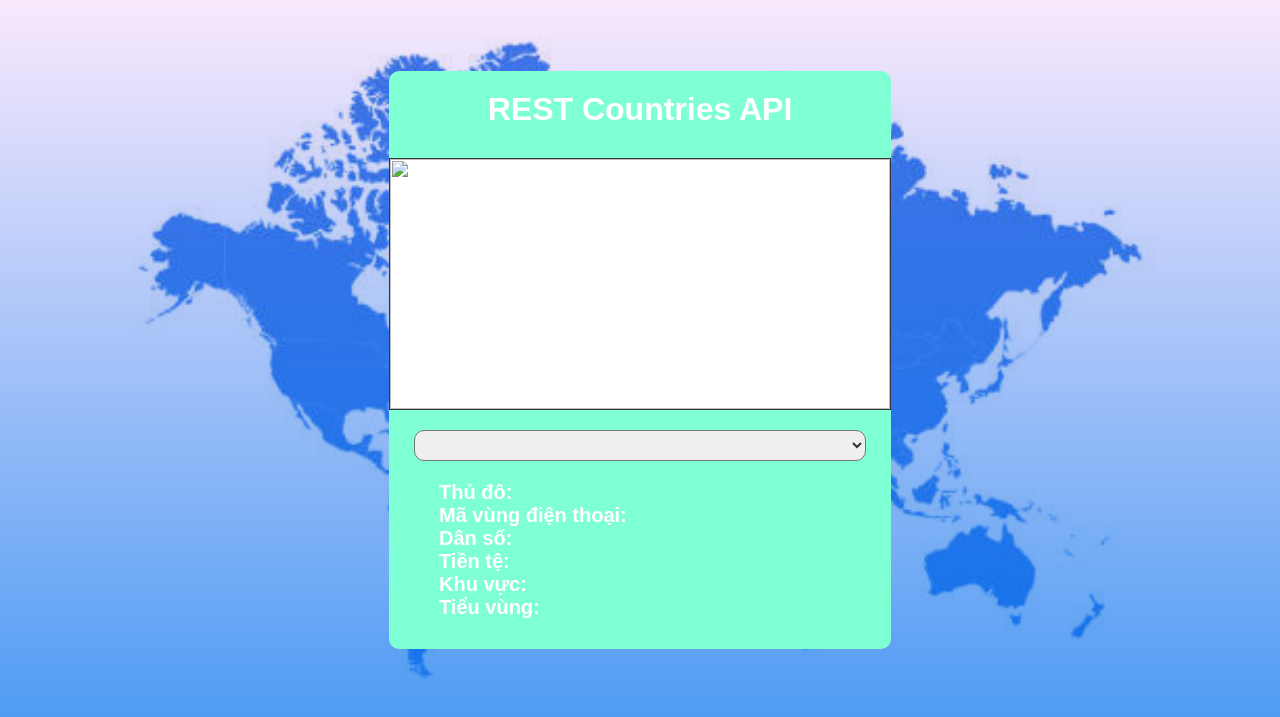
Repository: KhoaTran204/Rest-countries-api-app
Page: index.html
The author's editor kept a copy of each file at every save. The page is drawn from the files as they stood at one save, then again after the next save.
The browser window is 1280 px wide. The pictures show the whole page.
The page's requests for data from a server got no answer.

Above is the page before, as saved 2024-04-14 08:52:39.

### index.html
<!DOCTYPE html>
<html lang="en">
  <head>
    <meta charset="UTF-8" />
    <meta name="viewport" content="width=device-width, initial-scale=1.0" />
    <link rel="stylesheet" href="style.css" />
    <title>Rest Countries API</title>
  </head>
  <body>
    <div class="container">
      <h1>REST Countries API</h1>
      <div id="main-container">
        <div id="flag-container">
          <img src="" alt="" />
        </div>
        <div id="info-container">
          <select id="countries"></select>
          <div class="info">
            <p>Thủ đô: <span id="capital"></span></p>
            <p>Mã vùng điện thoại: <span id="dialing-code"></span></p>
            <p>Dân số: <span id="population"></span></p>
            <p>Tiền tệ: <span id="currencies"></span></p>
            <p>Khu vực: <span id="region"></span></p>
            <p>Tiểu vùng: <span id="subregion"></span></p>
          </div>
        </div>
      </div>
    </div>
    <script src="app.js"></script>
  </body>
</html>

### style.css
* {
  margin: 0;
  padding: 0;
  box-sizing: border-box;
}

body {
  font-family: sans-serif;
  height: 100vh;
  display: flex;
  justify-content: center;
  align-items: center;
  /* background-image: url(anh/bando.jpg);
  background-repeat: no-repeat;
  background-position: center;
  background-size: cover; */
  background: linear-gradient(
      to top,
      rgba(4, 113, 239, 0.7),
      rgba(191, 35, 235, 0.1)
    ),
    url(anh/bando.jpg) no-repeat center/cover;
}

#flag-container {
  height: 252px;
  background-color: #fff;
  border: 1px solid #333;
}

#flag-container img {
  display: block;
  width: 100%;
  height: 100%;
}

.container {
  background-color: aquamarine;
  border-radius: 10px;
}
.container h1 {
  text-align: center;
  color: #fff;
  margin-top: 20px;
}
#main-container {
  width: 502px;
  margin: 30px auto;
  padding: 0;
}
#flag-container {
  height: 252px;
  background-color: #fff;
  border: 1px solid #333;
}
#flag-container img {
  display: block;
  width: 100%;
  height: 100%;
}
#info-container select {
  display: block;
  border-radius: 10px;
  margin: 20px auto;
  padding: 5px;
  min-width: 90%;
  color: #333;
  font-size: 15px;
  font-weight: 900;
  text-align-last: center;
}
.info {
  margin-left: 50px;
  color: #fff;
  font-size: 20px;
  font-weight: bold;
}

### app.js
const countrieslist = document.getElementById("countries");
let countries;

countrieslist.addEventListener("change", (event) =>
  displayCountryInfo(event.target.value)
);

// fetch("https://restcountries.com/v2/all")
//   .then(function (res) {
//     console.log(res);
//     return res.json();
//   })
//   .then(function (data) {
//     console.log(data);
//     initialize(data);
//   })
//   .catch(function (err) {
//     console.log("Lỗi: ", err);
//   });
fetch("https://restcountries.com/v2/all").then((res) => {
  res
    .json()
    .then((data) => initialize(data))
    .catch((err) => console.log("Lỗi: ", err));
});
function initialize(countriesData) {
  countries = countriesData;
  let options = "";
  //   for (let i = 0; i < countries.length; i++) {
  //     options += `<option value="${countries[i].alpha3Code}">${countries[i].name}</option>`;
  //   }
  countries.forEach(
    (country) =>
      (options += `<option value="${country.alpha3Code}">${country.name}</option>`)
  );
  //   document.getElementById("countries").innerHTML = options;
  //   document.querySelector("countries").innerHTML = options;
  countrieslist.innerHTML = options;
  countrieslist.selectedIndex = Math.floor(
    Math.random() * countrieslist.length
  );
  displayCountryInfo(countrieslist[countrieslist.selectedIndex].value);
}

function displayCountryInfo(countryByAlpha3Code) {
  const countryData = countries.find(
    (country) => country.alpha3Code === countryByAlpha3Code
  );
  console.log(countryData);
  document.querySelector("#flag-container img").src = countryData.flag;
  document.querySelector(
    "#flag-container img"
  ).alt = `Flag of ${countryData.name}`;
  document.getElementById("capital").innerHTML = countryData.capital;
  document.getElementById(
    "dialing-code"
  ).innerHTML = `+ ${countryData.callingCodes[0]}`;
  document.getElementById("population").innerHTML =
    countryData.population.toLocaleString("en-US");
  document.getElementById("currencies").innerHTML = countryData.currencies
    .filter((c) => c.name)
    .map((c) => `${c.name} (${c.code})`)
    .join(", ");
  document.getElementById("region").innerHTML = countryData.region;
  document.getElementById("subregion").innerHTML = countryData.subregion;
}

After the next save:
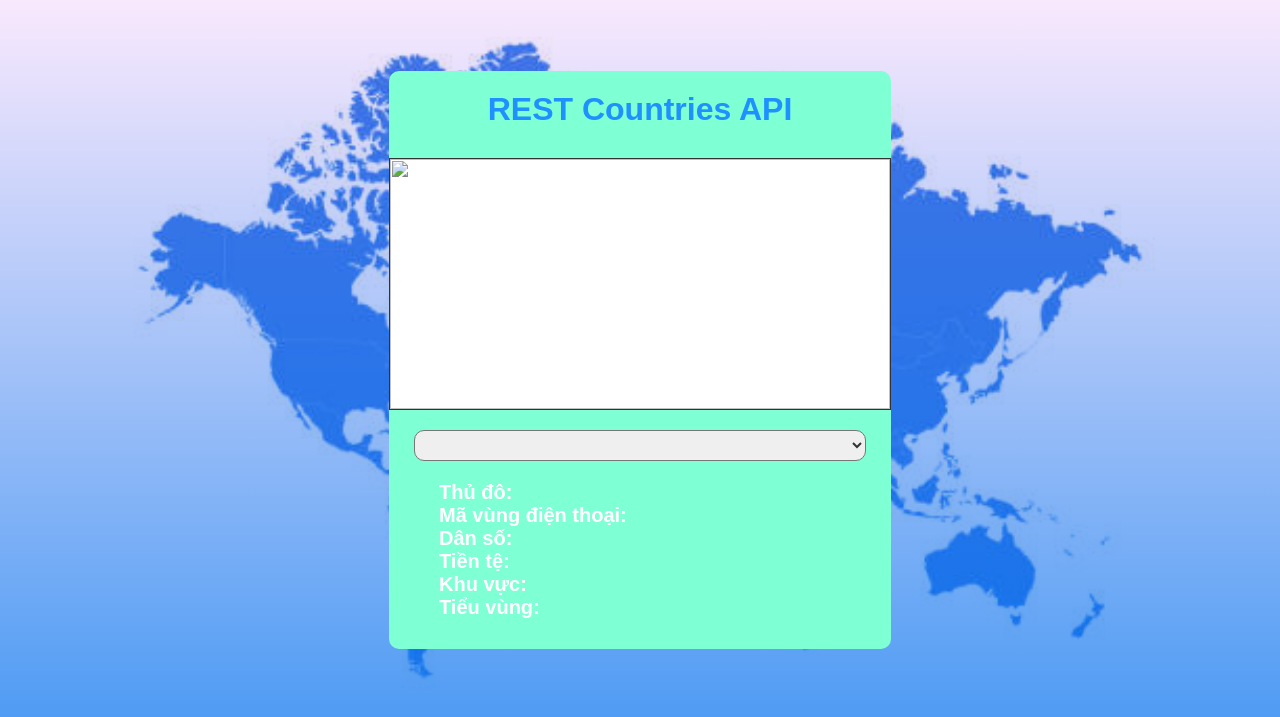
Saved 93 s later.
--- a/style.css
+++ b/style.css
@@ -40,7 +40,7 @@ body {
 }
 .container h1 {
   text-align: center;
-  color: #fff;
+  color: #1e90ff;
   margin-top: 20px;
 }
 #main-container {
